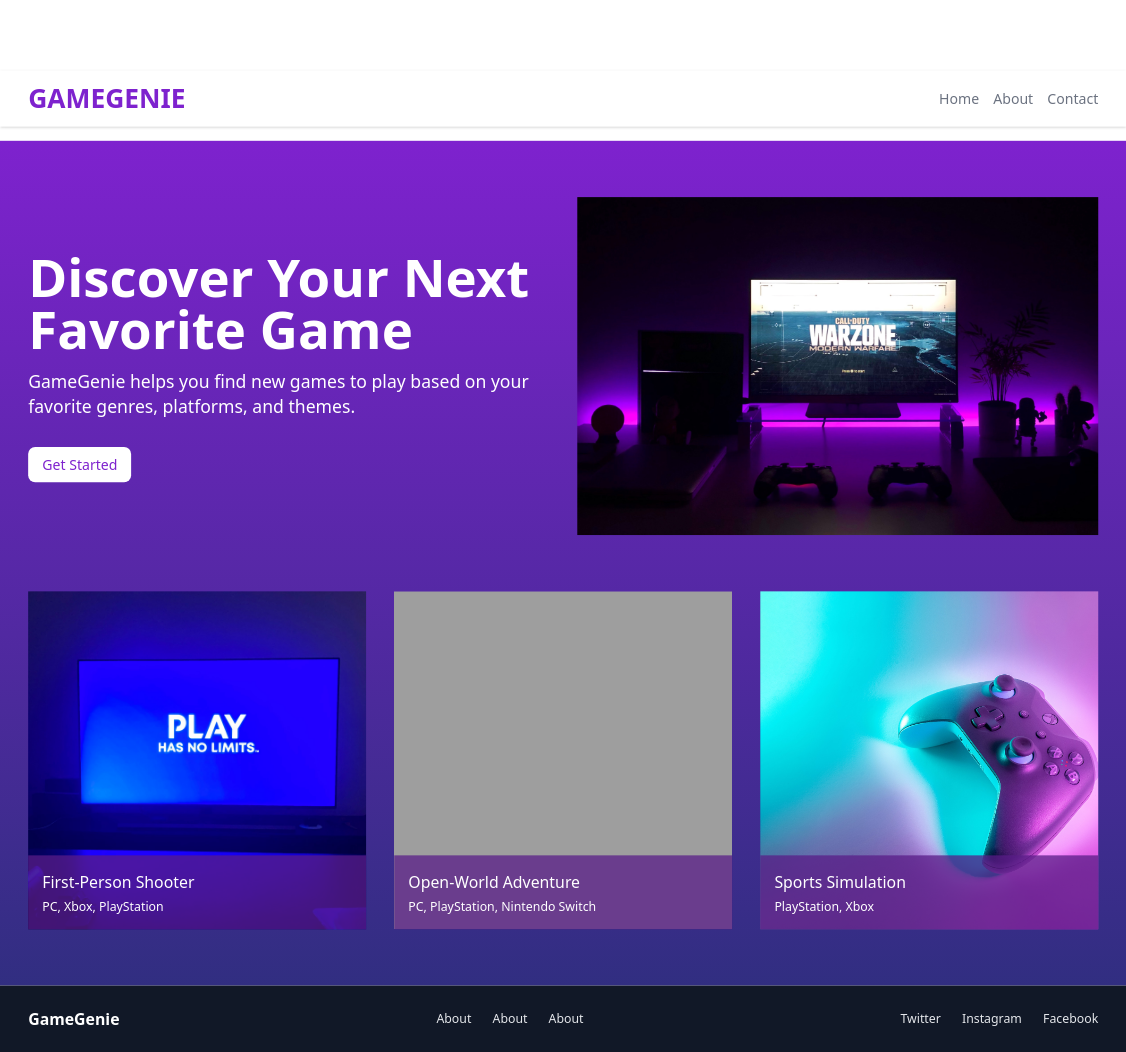
Repository: mfaeezshabbir/Gamegenie
Page: /
An editor plug-in stored every save of this project. The page is shown before and after the next save, followed by the edit.
The browser window is 1280 px wide. The pictures show the whole page, at 88% of full size.
Pictures or frames that could not be fetched are drawn as grey boxes. The project was rebuilt for these pictures with package versions that can differ from the ones it lists, and the page was loaded fresh each time. The framework's server and built-in components were replaced by stand-ins that run in the browser. Also part of the build but not shown: next.config.js.

Above is the page before, as saved 2023-04-16 15:32:19.

### pages/_app.js
import Footer from "@/components/Footer/Footer";
import Header from "@/components/Header/Header";
import "@/styles/globals.css";

export default function App({ Component, pageProps }) {
  return (
    <>
      <Header />
      <div
        className="main-content"
        style={{ marginTop: "80px", paddingTop: "80px" }}
      >
        <Component {...pageProps} />
      </div>
      <Footer />
    </>
  );
}

### pages/index.jsx
import React from 'react';
import Head from 'next/head';
import Home from './home';
import Header from '@/components/Header/Header';

function Index() {
  return (
    <>
      {/* <Header /> */}
      <Home />
    </>
  );
}

export default Index;

### components/Footer/Footer.jsx
import Link from 'next/link';

function Footer() {
  return (
    <footer className="bg-gray-900 text-gray-200 py-6 w-full">
      <div className="max-w-7xl mx-auto px-4 sm:px-6 lg:px-8 flex flex-wrap justify-between items-center">
        <div className="w-full sm:w-auto mb-4 sm:mb-0">
          <Link href="/" className="text-lg font-bold text-white hover:text-gray-400 transition-colors duration-300">
            GameGenie
          </Link>
        </div>
        <div className="w-full sm:w-auto text-sm">
          <ul className="flex flex-wrap gap-6">
            <li>
              <Link href="/about" className="hover:text-gray-400 transition-colors duration-300">
                About
              </Link>
            </li>
            <li>
              <Link href="/about" className="hover:text-gray-400 transition-colors duration-300">
                About
              </Link>
            </li>
            <li>
              <Link href="/about" className="hover:text-gray-400 transition-colors duration-300">
                About
              </Link>
            </li>
          </ul>
        </div>
        <div className="w-full sm:w-auto text-sm">
          <ul className="flex flex-wrap gap-6">
            <li>
              <a href="https://twitter.com/GameGenie" target="_blank" rel="noopener noreferrer" className="hover:text-gray-400 transition-colors duration-300">
                Twitter
              </a>
            </li>
            <li>
              <a href="https://www.instagram.com/GameGenie" target="_blank" rel="noopener noreferrer" className="hover:text-gray-400 transition-colors duration-300">
                Instagram
              </a>
            </li>
            <li>
              <a href="https://www.facebook.com/GameGenie" target="_blank" rel="noopener noreferrer" className="hover:text-gray-400 transition-colors duration-300">
                Facebook
              </a>
            </li>
          </ul>
        </div>
      </div>
    </footer>
  );
}

export default Footer;

### components/Header/Header.jsx
import React, { useState } from 'react';
import Link from 'next/link';

function Header() {
    const [isMenuOpen, setIsMenuOpen] = useState(false);

    function toggleMenu() {
        setIsMenuOpen(!isMenuOpen);
    }

    function NavItem(props) {
        return (
            <Link href={props.href}>
                <div className="text-gray-500 hover:text-gray-900">{props.children}</div>
            </Link>
        );
    }


    function MobileMenu() {
        const links = [
            { href: '/', text: 'Home' },
            { href: '/about', text: 'About' },
            { href: '/profile', text: 'Contact' },
        ];

        return (
            <div className={`${isMenuOpen ? 'block' : 'hidden'} md:hidden`} id="mobile-menu">
                <div className="px-2 pt-2 pb-3 space-y-1 sm:px-3">
                    {links.map((link) => (
                        <NavItem key={link.href} href={link.href}>
                            {link.text}
                        </NavItem>
                    ))}
                </div>
            </div>
        );
    }

    return (
        <header className="bg-white shadow fixed w-full z-10  ">
            <div className="max-w-7xl mx-auto px-4 sm:px-6 lg:px-8">
                <nav className="flex justify-between items-center h-16">
                    <div className="flex-shrink-0 text-3xl text-purple-700 uppercase font-bold">
                        <Link href="/">
                            {/* <Logo className="h-6 w-6" alt="GameGenie logo" /> */}
                            Gamegenie
                        </Link>
                    </div>
                    <div className="hidden md:block">
                        <div className="ml-10 flex items-baseline space-x-4">
                            <NavItem href="/">Home</NavItem>
                            <NavItem href="/signup">About</NavItem>
                            <NavItem href="/profile">Contact</NavItem>
                        </div>
                    </div>
                    <div className="-mr-2 flex md:hidden">
                        <button
                            type="button"
                            onClick={toggleMenu}
                            className="inline-flex items-center justify-center p-2 rounded-md text-gray-400 hover:text-gray-500 hover:bg-gray-100 focus:outline-none focus:ring-2 focus:ring-offset-2 focus:ring-offset-gray-100 focus:ring-indigo-500"
                            aria-controls="mobile-menu"
                            aria-expanded="false"
                        >
                            <span className="sr-only">Open main menu</span>
                            <svg
                                className={`${isMenuOpen ? 'hidden' : 'block'} h-6 w-6`}
                                xmlns="http://www.w3.org/2000/svg"
                                fill="none"
                                viewBox="0 0 24 24"
                                stroke="currentColor"
                                aria-hidden="true"
                            >
                                <path strokeLinecap="round" strokeLinejoin="round" strokeWidth="2" d="M4 6h16M4 12h16M4 18h16" />
                            </svg>
                            <svg
                                className={`${isMenuOpen ? 'block' : 'hidden'} h-6 w-6`}
                                xmlns="http://www.w3.org/2000/svg"
                                fill="none"
                                viewBox="0 0 24 24"
                                stroke="currentColor"
                                aria-hidden="true"
                            >
                                <path strokeLinecap="round" strokeLinejoin="round" strokeWidth="2" d="M6 18L18 6M6 6l12 12" />
                            </svg>
                        </button>
                    </div>
                </nav>
            </div>
            <MobileMenu />
        </header>
    );
}

export default Header;

### styles/globals.css
@tailwind base;
@tailwind components;
@tailwind utilities;

:root::-webkit-scrollbar{
    display: none;
}

### pages/home.jsx
import React from 'react';
import Head from 'next/head';
import Image from 'next/image';
import heroImage from '../public/images/hero-image.jpg';
import gameImage1 from '../public/images/game-image-1.jpg';
import gameImage2 from '../public/images/game-image-2.jpg';
import gameImage3 from '../public/images/game-image-3.jpg';

const Home = () => {
    return (
        <div className="bg-gradient-to-b from-purple-700 to-indigo-900 text-white min-h-screen">
            <Head>
                <title>GameGenie - Discover new games to play</title>
                {/* <link rel="stylesheet" href="https://rsms.me/inter/inter.css" /> */}
            </Head>

            <div className="max-w-7xl mx-auto px-4 sm:px-6 lg:px-8 py-16">
                <div className="grid grid-cols-1 md:grid-cols-2 gap-8 items-center">
                    <div>
                        <h1 className="text-4xl md:text-6xl font-bold mb-4">
                            Discover Your Next Favorite Game
                        </h1>
                        <p className="text-xl mb-8">
                            GameGenie helps you find new games to play based on your favorite
                            genres, platforms, and themes.
                        </p>
                        <button className="bg-white text-purple-700 py-2 px-4 rounded-lg font-medium hover:bg-purple-700 hover:text-white transition duration-300 ease-in-out">
                            Get Started
                        </button>
                    </div>
                    <div className="relative h-96">
                        <Image
                            src={heroImage}
                            alt="Hero image"
                            layout="fill"
                            objectFit="cover"
                        />
                    </div>
                </div>

                <div className="grid grid-cols-1 md:grid-cols-3 gap-8 mt-16">
                    <div className="relative h-96">
                        <Image
                            src={gameImage1}
                            alt="Game image 1"
                            layout="fill"
                            objectFit="cover"
                        />
                        <div className="absolute bottom-0 left-0 right-0 p-4 bg-purple-900 bg-opacity-75">
                            <p className="text-lg font-medium mb-1">First-Person Shooter</p>
                            <p className="text-sm">PC, Xbox, PlayStation</p>
                        </div>
                    </div>
                    <div className="relative h-96">
                        <Image
                            src={gameImage2}
                            alt="Game image 2"
                            layout="fill"
                            objectFit="cover"
                        />
                        <div className="absolute bottom-0 left-0 right-0 p-4 bg-purple-900 bg-opacity-75">
                            <p className="text-lg font-medium mb-1">Open-World Adventure</p>
                            <p className="text-sm">PC, PlayStation, Nintendo Switch</p>
                        </div>
                    </div>
                    <div className="relative h-96">
                        <Image
                            src={gameImage3}
                            alt="Game image 3"
                            layout="fill"
                            objectFit="cover"
                        />
                        <div className="absolute bottom-0 left-0 right-0 p-4 bg-purple-900 bg-opacity-75">
                            <p className="text-lg font-medium mb-1">Sports Simulation</p>
                            <p className="text-sm">PlayStation, Xbox</p>
                        </div>
                    </div>
                </div>
            </div>
        </div>
    );
};

export default Home;

Loaded but not shown: pages/_document.js (common file); tailwind.config.js (common file)

After the next save:
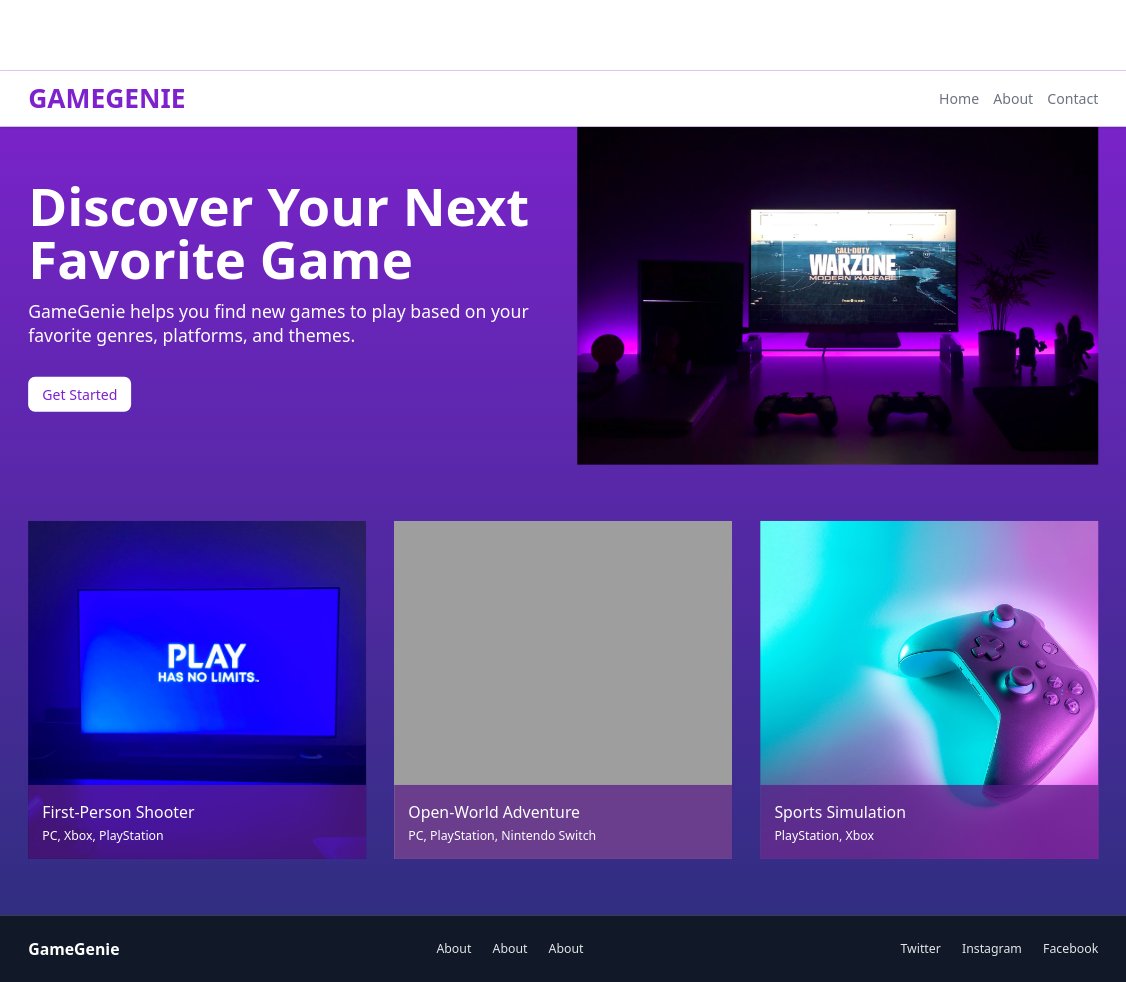
Saved 26 s later.
--- a/pages/_app.js
+++ b/pages/_app.js
@@ -8,7 +8,7 @@
       <Header />
       <div
         className="main-content"
-        style={{ marginTop: "80px", paddingTop: "80px" }}
+        style={{ marginTop: "80px" }}
       >
         <Component {...pageProps} />
       </div>
